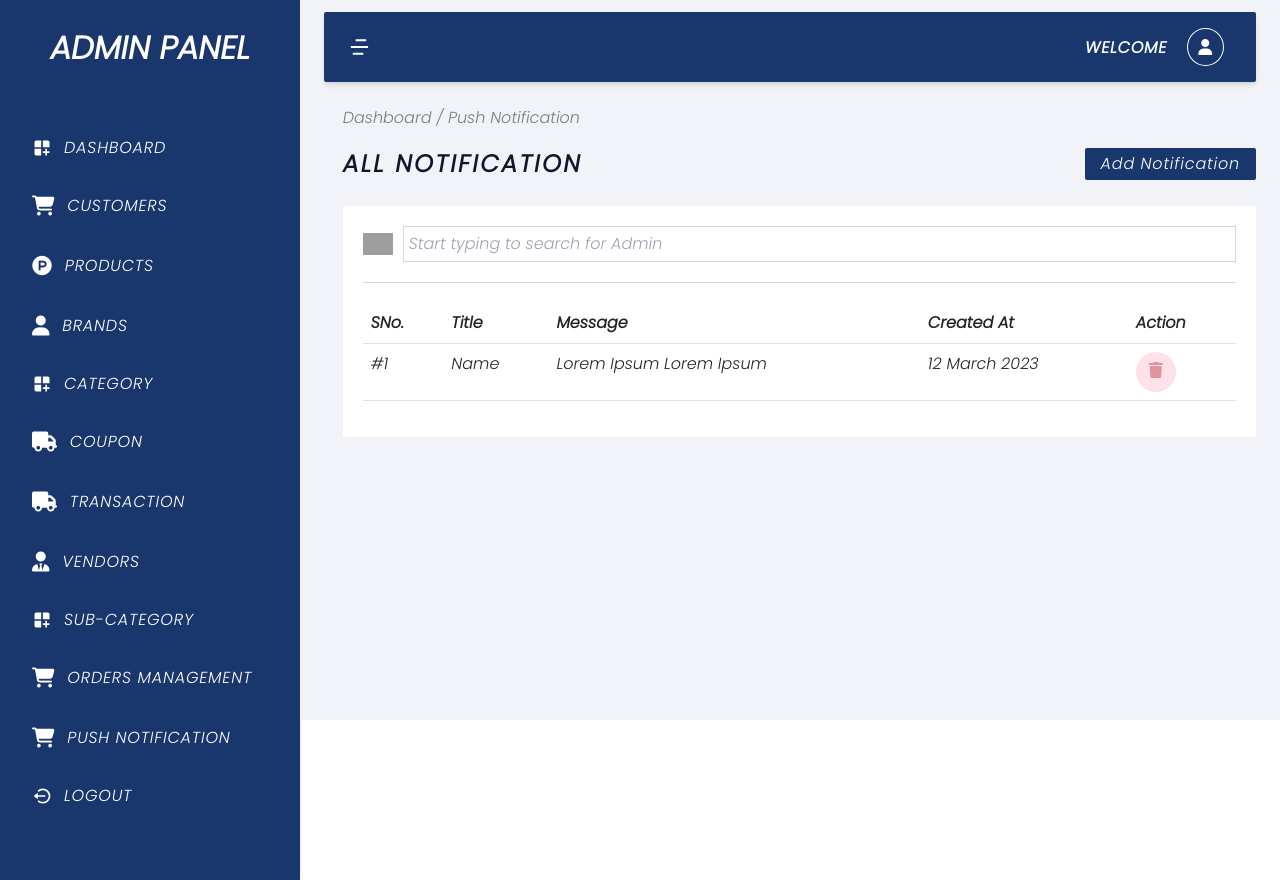
Repository: FlyweisReact/AnilAdminPanel
Page: /notification
An editor plug-in stored every save of this project. The page is shown before and after a run of saves, followed by the edit.
The browser window is 1280 px wide. The pictures show the whole page.
Pictures or frames that could not be fetched are drawn as grey boxes. Some web libraries are served in a nearby version. The project was rebuilt for these pictures with package versions that can differ from the ones it lists, and the page was loaded fresh each time. Also part of the build but not shown: src/E-CommerceAdmin/forms/Login.jsx, src/E-CommerceAdmin/pages/Dashboard.jsx, src/E-CommerceAdmin/pages/ECategory.js, src/E-CommerceAdmin/pages/EProduct.js, src/E-CommerceVendor/forms/EVendorLogin.jsx, src/E-CommerceAdmin/pages/EVendorList.js, src/E-CommerceAdmin/pages/EAdminOrders.js, src/E-CommerceAdmin/pages/EAdminProduct.js and 6 more. Imported but missing from the stored project, and not drawn on this page: src/E-CommerceVendor/pages/EVCategory, src/E-CommerceVendor/pages/EVDashboard, src/E-CommerceVendor/pages/EVOrders, src/E-CommerceVendor/pages/EVProduct, src/E-CommerceVendor/pages/EVSubCategory.

Above is the page before, as saved 2023-05-03 16:28:36.

### public/index.html
<!-- @format -->

<!DOCTYPE html>
<html lang="en">
  <head>
    <meta charset="utf-8" />
    <meta name="viewport" content="width=device-width, initial-scale=1" />
    <meta name="theme-color" content="#000000" />
    <meta
      name="description"
      content="Web site created using create-react-app"
    />
    <link rel="apple-touch-icon" href="%PUBLIC_URL%/favicon.ico?v=2" />
    <link rel="manifest" href="%PUBLIC_URL%/manifest.json" />
    <link rel="preconnect" href="https://fonts.googleapis.com">
<link rel="preconnect" href="https://fonts.gstatic.com" crossorigin>
<link href="https://fonts.googleapis.com/css2?family=Roboto+Mono:ital,wght@1,300&display=swap" rel="stylesheet">
    <title>Anil Admin Panel</title>
  </head>
  <body>
    <noscript>You need to enable JavaScript to run this app.</noscript>
    <div id="root"></div>
    <script src="https://code.jquery.com/jquery-3.6.0.min.js"></script>
    <script src="https://kit.fontawesome.com/b533b351e4.js" crossorigin="anonymous"></script>
  </body>
</html>

### src/index.js
import React from "react";
import ReactDOM from "react-dom/client";
import "./index.css";
import App from "./App";
import { BrowserRouter } from "react-router-dom";
import 'bootstrap/dist/css/bootstrap.min.css'

const root = ReactDOM.createRoot(document.getElementById("root"));
root.render(
  <React.StrictMode>
    <BrowserRouter>
      <App />
    </BrowserRouter>
  </React.StrictMode>
);

### src/index.css
/** @format */

@tailwind base;
@tailwind components;
@tailwind utilities;
@import url("https://fonts.googleapis.com/css2?family=Roboto+Mono:ital,wght@1,300&display=swap");
@font-face {
  font-family: Roboto;
  src: url("./Fonts/Poppins-LightItalic.ttf");
}
body {
  margin: 0;
  font-family: Roboto !important;
  -webkit-font-smoothing: antialiased;
  -moz-osx-font-smoothing: grayscale;
}

code {
  font-family: Roboto !important;
}

html {
  font-family: Roboto !important;
}

::-webkit-scrollbar {
  width: 10px;
}
.fa-trash {
  color: red;
  cursor: pointer;
}

.iCOn {
  transition: 0.5s;
  box-shadow: none;
  transform: scale(1);
}
.cardDiv {
  cursor: pointer;
}

.cardDiv:hover .iCOn {
  box-shadow: rgba(0, 0, 0, 0.35) 0px 5px 15px;
  transform: scale(1.3);
}

/* Track */
::-webkit-scrollbar-track {
  background: #f1f1f1;
}

/* Handle */
::-webkit-scrollbar-thumb {
  background: #888;
}

/* Handle on hover */
::-webkit-scrollbar-thumb:hover {
  background: #555;
}
.profileImage {
  width: 100px;
}
.fa-eye {
  color: #029aff;
  cursor: pointer;
}
.fa-edit {
  cursor: pointer;
  color: blue;
}

.View {
  border: 1px solid black;
  width: 100%;
  padding: 10px;
}

.main-card--container {
  display: grid;
  grid-template-columns: repeat(3, minmax(300px, 500px));
  grid-gap: 50px;
  justify-content: space-around;
}
.card-container {
  margin: 25px 0 auto;
  box-shadow: rgba(0, 0, 0, 0.35) 0px 5px 15px;
  position: relative;
  display: grid;
  grid-template-columns: 1fr;
  justify-content: space-around;
  align-items: flex-start;
}

.myEdit:focus {
  box-shadow: rgba(0, 0, 0, 0.35) 0px 5px 15px;
}

.AstroLogin {
  color: #fff;
  background-color: #2b7a8e;
  padding: 10px;
  width: 380px;
  text-align: center;
  font-size: 20px;
  background: linear-gradient(to left, #2b7a8e 50%, #fff 50%) right;
  background-size: 200%;
  transition: 0.5s ease-out;
  border: 1px solid #2b7a8e;
  margin-top: 10px;
  text-transform: uppercase;
}
.AstroLogin:hover {
  background-position: left;
  color: #2b7a8e;
}

.EcommerceAdminLogin {
  color: #fff;
  background-color: #19376d;
  padding: 10px;
  width: 380px;
  text-align: center;
  font-size: 20px;
  background: linear-gradient(to left, #19376d 50%, #fff 50%) right;
  background-size: 200%;
  transition: 0.5s ease-out;
  border: 1px solid #19376d;
  margin-top: 10px;
  text-transform: uppercase;
}

.EcommerceAdminLogin:hover {
  background-position: left;
  color: #19376d;
}
.EcommerceVendorLogin {
  color: #fff;
  background-color: #576cbc;
  padding: 10px;
  width: 380px;
  text-align: center;
  font-size: 20px;
  background: linear-gradient(to left, #576cbc 50%, #fff 50%) right;
  background-size: 200%;
  transition: 0.5s ease-out;
  border: 1px solid #576cbc;
  margin-top: 10px;
  text-transform: uppercase;
}

.EcommerceVendorLogin:hover {
  background-position: left;
  color: #576cbc;
}

.view {
  background-color: #2196f3;
  color: #fff;
  width: 50%;
  padding: 5px;
}

.two-sec {
  display: flex;
  justify-content: space-evenly;
  justify-content: space-evenly;
}
.two-sec .left {
  width: 60%;
  background-color: #f6f1ef;
  padding: 20px;
}
.two-sec .left .head {
  font-size: 25px;
  font-weight: bold;
}

.two-sec .right {
  width: 30%;
  background-color: #f6f1ef;
}

.searchDiv {
  width: 100%;
  display: flex;
  gap: 10px;
  border: 1px solid rgb(179, 179, 179);
  padding: 10px;
  margin-bottom: 20px;
  align-items: center;
}
.searchDiv input {
  width: 94%;
  outline: none;
  border: none;
}

.flexCont {
  display: flex;
  align-items: center;
  gap: 10px;
}
.flexCont img {
  width: 60px;
  background-color: #e9ecef;
}

.blockContent {
  display: block;
}
.blockContent p {
  margin: 0;
}

.checkBox {
  width: 50px;
  height: 25px;
  background-color: #e9ecef;
  border-radius: 50px;
  position: relative;
  cursor: pointer;
}
.checkBox span {
  width: 20px;
  height: 20px;
  border-radius: 100%;
  background-color: #fff;
  position: absolute;
  left: 5px;
  top: 2px;
}
.ActivecheckBox {
  width: 50px;
  height: 25px;
  background-color: #0d6efd;
  border-radius: 50px;
  position: relative;
  cursor: pointer;
}
.ActivecheckBox span {
  width: 20px;
  height: 20px;
  border-radius: 100%;
  background-color: #fff;
  position: absolute;
  right: 5px;
  top: 2px;
}

.fa-eye {
  color: #0cba73;
  background-color: #d6f8e8;
  width: 40px;
  text-align: center;
  height: 40px;
  display: flex;
  border-radius: 100%;
  justify-content: center;
  padding-top: 10px;
  transition: 0.5s;
}

.fa-pen-to-square {
  color: #f4c39c;
  background-color: #ffebdb;
  width: 40px;
  text-align: center;
  height: 40px;
  display: flex;
  border-radius: 100%;
  justify-content: center;
  padding-top: 10px;
  cursor: pointer;
  transition: 0.5s;
}
.fa-trash {
  color: #df939f;
  background-color: #ffe1e8;
  width: 40px;
  text-align: center;
  height: 40px;
  display: flex;
  border-radius: 100%;
  justify-content: center;
  padding-top: 10px;
  cursor: pointer;
  transition: 0.5s;
}
.fa-trash:hover {
  transform: scale(1.2);
}
.fa-eye:hover {
  transform: scale(1.2);
}
.fa-pen-to-square:hover {
  transform: scale(1.2);
}
.required {
  color: #e74260;
}

.headP {
  margin-left: 2%;
  color: #7b7c7d;
}
.filterBox {
  display: flex;
  align-items: center;
  gap: 10px;
  border-bottom: 1px solid #d4d7dc;
  padding-bottom: 20px;
  margin-bottom: 20px;
}
.filterBox img {
  width: 30px;
}
.filterBox input {
  width: 100%;
  border: 1px solid #d4d7dc;
  outline: none;
  padding: 5px;
  color: black;
}
.sectionCont {
  width: 98%;
  background-color: #fff;
  margin-left: 2%;
  padding: 20px;
}

.overFlowCont {
  width: 100%;
  overflow-x: auto;
}

.UserProfile {
  border: 1px solid #fff;
  padding: 10px;
  border-radius: 100%;
  transition: 0.5s;
  margin-left: 20px;
  cursor: pointer;
}

.UserProfile:hover {
  background-color: #fff;
  color: #000;
}

.submitBtn{
  border-radius: 0 !important;
  background-color: #19376d !important  ;

}

.pagination{
display: flex;
justify-content: center;
align-items: center;
gap: 10px;
margin-bottom: 20px;
}
.pagination button{
  border: 1px solid black;
  /* height: 50px;
  width: 50px; */
  padding: 10px;
}

.active{
  background-color: #029aff;
  color: #fff;
  border: 1px solid #029aff  !important;
}

### src/App.js
/** @format */

import { Routes, Route } from "react-router-dom";
import { ToastContainer } from "react-toastify";
import "react-toastify/dist/ReactToastify.css";
import Login from "./E-CommerceAdmin/forms/Login";
import Dashboard from "./E-CommerceAdmin/pages/Dashboard";
import ECategory from "./E-CommerceAdmin/pages/ECategory";
import EProduct from "./E-CommerceAdmin/pages/EProduct";
import EVendorLogin from "./E-CommerceVendor/forms/EVendorLogin";
import EVDashboard from "./E-CommerceVendor/pages/EVDashboard";
import EVCategory from "./E-CommerceVendor/pages/EVCategory";
import EVProduct from "./E-CommerceVendor/pages/EVProduct";
import EVendorList from "./E-CommerceAdmin/pages/EVendorList";
import EAdminOrders from "./E-CommerceAdmin/pages/EAdminOrders";
import EAdminProduct from "./E-CommerceAdmin/pages/EAdminProduct";
import EAdminDelivery from "./E-CommerceAdmin/pages/EAdminDelivery";
import EAdminCustomer from "./E-CommerceAdmin/pages/EAdminCustomer";
import EAdmin from "./E-CommerceAdmin/pages/EAdmin";
import ESubCategory from "./E-CommerceAdmin/pages/ESubCategory";
import ESingleProduct from "./E-CommerceAdmin/pages/ESingleProduct";
import EVSubCategory from "./E-CommerceVendor/pages/EVSubCategory";
import EVOrders from "./E-CommerceVendor/pages/EVOrders";
import PushNotification from './E-CommerceAdmin/pages/PushNotification'
import Transaction from "./E-CommerceAdmin/pages/Transaction";

function App() {
  return (
    <>
      <ToastContainer />

      <Routes>
          <Route path="/" element={<Login />} />
          <Route path="/notification" element={<PushNotification />} />
        <Route path="/E-Commerce/Product" element={<EProduct />} />
          <Route path="/Customer" element={<EAdminCustomer />} />
        <Route path="/E-Commerce/Category" element={<ECategory />} />
          <Route path="/E-Commerce/Admin" element={<EAdmin />} />
          <Route path="/E-Commerce/Admin/Delivery" element={<EAdminDelivery />} />

        <Route path="/E-Commerce/dashboard" element={<Dashboard />} />
        <Route path="/E-Commerce/VendorList" element={<EVendorList />} />

      <Route path="/transation" element={<Transaction />} />


        <Route path="/E-commerce/Admin/Orders" element={<EAdminOrders />} />
        <Route
          path="/E-Commerce/Admin/Product/:id"
          element={<EAdminProduct />}
        />
        <Route path="/E-Commerce/Admin/subCat" element={<ESubCategory />} />
        <Route
          path="/E-Commerce/Admin/Sproduct/:id"
          element={<ESingleProduct />}
        />
        <Route path="/E-Commerce/vendor/login" element={<EVendorLogin />} />
        <Route path="/E-Commerce/vendor/dashboard" element={<EVDashboard />} />
        <Route path="/E-Commerce/vendor/category" element={<EVCategory />} />
        <Route path="/E-Commerce/vendor/product" element={<EVProduct />} />
        <Route
          path="/E-Commerce/vendor/subCategory"
          element={<EVSubCategory />}
        />
        <Route path="/E-Commerce/vendor/order" element={<EVOrders />} />
      </Routes>
    </>
  );
}

export default App;

### src/E-CommerceAdmin/layout/HOC.jsx
/** @format */

import React, { useState } from "react";
import Navbar from "./Navbar";
import Sidebar from "./Sidebar";

const HOC = (Wcomponenet) => {
  return function Component() {
    const [hamb, setHamb] = useState(false);
    return (
      <>
        <section className="flex overflow-x-hidden relative ">
          {/* Sidebar */}
          <div
            className={
              hamb
                ? " absolute top-0 z-30 md:w-auto shadow-md bg-slate-200  w-60 transition-all md:-left-full left duration-150  h-auto overflow-y-auto  left-0 "
                : " md:w-72 z-30 bg-slate-200  shadow-md  md:static absolute top-0 -left-full   transition-all duration-150  overflow-y-auto h-auto"
            }
            style={{ minWidth: "300px" }}
          >
            <Sidebar hamb={hamb} setHamb={setHamb} />
          </div>
          {/* Components & Navbar */}
          <div
            className={
              hamb
                ? " transition-all px-4 py-2  duration-150 w-full h-screen"
                : " w-full h-screen  px-4 py-2   z-50 transition-all duration-150 "
            }
            style={{backgroundColor : '#f2f3f8'}}
          >
            <Navbar hamb={hamb} setHamb={setHamb} />
            <div className="my-6 text-#000 h-[87%] wcomp overflow-y-auto">
              {" "}
              <Wcomponenet />
            </div>
          </div>
        </section>
      </>
    );
  };
};

export default HOC;

### src/E-CommerceAdmin/layout/Navbar.jsx
/** @format */

import { useState } from "react";
import { RiMenu4Line } from "react-icons/ri";
import { ProfileUpdate } from "../Modals/Modals";

const Navbar = ({ hamb, setHamb }) => {
  const [openProfile, setOpenProfile] = useState(false);

  return (
    <>
      <ProfileUpdate show={openProfile} onHide={() => setOpenProfile(false)} />

      <div
        className={
          hamb
            ? "flex  w-full justify-between  my-1 rounded-sm  p-4 py-3 shadow-md items-center  bg-slate-200 space-x-4"
            : "flex  w-full justify-between my-1 rounded-sm  p-4 py-3 shadow-md items-center  bg-slate-200 space-x-4"
        }
        style={{ backgroundColor: "#19376d" }}
      >
        <RiMenu4Line
          onClick={() => setHamb(!hamb)}
          className="text-2xl font-bold text-gray-900 hover:scale-90 cursor-pointer"
          style={{ color: "#fff" }}
        />

        <section className="flex sm:ml-auto justify-end sm:w-full items-center space-x-2  pr-2">
          <figcaption className="tracking-wider pl-1 font-semibold">
            <div
              className="lg:text-base text-sm text-gray-900  uppercase"
              style={{ color: "#fff" }}
            >
              Welcome
              <i
                className="fa-solid fa-user UserProfile"
                onClick={() => setOpenProfile(!openProfile)}
              ></i>
            </div>
          </figcaption>
        </section>
      </div>
    </>
  );
};

export default Navbar;

### src/E-CommerceAdmin/layout/Sidebar.jsx
/** @format */

import React from "react";
import { RiCloseLine } from "react-icons/ri";
import { Link, useNavigate } from "react-router-dom";
import { BiLogOutCircle } from "react-icons/bi";
import { MdDashboardCustomize } from "react-icons/md";

const Sidebar = ({ hamb, setHamb }) => {
  const navigate = useNavigate();

  const nav = [
    {
      icon: <MdDashboardCustomize className="text-xl mr-3 rounded-full " />,
      link: "/E-Commerce/dashboard",
      name: "Dashboard",
    },

    {
      icon: (
        <i className="fa-solid fa-cart-shopping text-xl mr-3 rounded-full"></i>
      ),
      link: "/Customer",
      name: "Customers",
    },

    {
      icon: (
        <i className="fa-brands fa-product-hunt text-xl mr-3 rounded-full"></i>
      ),
      link: "/E-Commerce/Product",
      name: "Products",
    },

    {
      icon: <i class="fa-solid fa-user text-xl mr-3 rounded-full"></i>,
      link: "/E-Commerce/Admin",
      name: "Brands",
    },
    {
      icon: <MdDashboardCustomize className="text-xl mr-3 rounded-full " />,
      link: "/E-Commerce/Category",
      name: "Category",
    },
    {
      icon: <i class="fa-solid fa-truck  text-xl mr-3 rounded-full"></i>,
      link: "/E-Commerce/Admin/Delivery",
      name: "Coupon",
    },
    {
      icon: <i class="fa-solid fa-truck  text-xl mr-3 rounded-full"></i>,
      link: "transation",
      name: "Transaction",
    },

    {
      icon: <i class="fa-solid fa-user-tie text-xl mr-3 rounded-full"></i>,
      link: "/E-Commerce/VendorList",
      name: "Vendors",
    },




    {
      icon: <MdDashboardCustomize className="text-xl mr-3 rounded-full " />,
      link: "/E-Commerce/Admin/subCat",
      name: "Sub-Category",
    },

    {
      icon: (
        <i className="fa-solid fa-cart-shopping text-xl mr-3 rounded-full"></i>
      ),
      link: "/E-commerce/Admin/Orders",
      name: "Orders Management",
    },

    {
      icon: (
        <i className="fa-solid fa-cart-shopping text-xl mr-3 rounded-full"></i>
      ),
      link: "/notification",
      name: "Push Notification",
    },
  ];

  const logOut = () => {
    navigate("/");
  };

  return (
    <>
      <aside
        className="p-4 h-auto"
        style={{ backgroundColor: "#19376d", minHeight: "100vh" }}
      >
        {/* Top */}
        <div className="w-full md:hidden relative  p-2 mb-4">
          <RiCloseLine
            onClick={() => setHamb(!hamb)}
            className="text-3xl  absolute top-2 sm:hover:rotate-[228deg] transition-transform font-bold right-2 sm:hover:text-[22px] text-[rgb(241,146,46)] cursor-pointer"
          />
        </div>{" "}
        <figure className="flex  flex-col items-center">
          <span
            className="font-bold text-[#fff]"
            style={{
              fontSize: "2rem",
              textAlign: "center",
              textTransform: "uppercase",
            }}
          >
             ADMIN PANEL
          </span>
        </figure>
        <nav className="py-6">
          {nav.map((nav) => {
            return (
              <Link
                to={nav.link}
                key={nav.name}
                className=""
                style={{ textDecoration: "none", textTransform: "uppercase" }}
              >
                <span
                  className="flex my-3 items-center cursor-pointer text-gray-900    tracking-wider p-2 rounded-sm"
                  style={{ color: "#FFF" }}
                >
                  {nav.icon} {nav.name}
                </span>
              </Link>
            );
          })}
          <span
            className="flex my-3 items-center cursor-pointer text-gray-900    tracking-wider p-2 rounded-sm"
            onClick={() => logOut()}
            style={{ color: "#FFF", textTransform: "uppercase" }}
          >
            <BiLogOutCircle className="text-xl mr-3 rounded-full " /> LogOut
          </span>
        </nav>
      </aside>
    </>
  );
};

export default Sidebar;

### src/E-CommerceAdmin/Modals/Modals.js
/** @format */

import { Button, Form, Modal } from "react-bootstrap";

export function ProfileUpdate(props) {
  return (
    <Modal
      {...props}
      size="lg"
      aria-labelledby="contained-modal-title-vcenter"
      centered
    >
      <Modal.Header closeButton>
        <Modal.Title id="contained-modal-title-vcenter">
          Update Profile
        </Modal.Title>
      </Modal.Header>
      <Modal.Body>
        <Form>
          <Form.Group className="mb-3">
            <Form.Label>Name</Form.Label>
            <Form.Control type="text" />
          </Form.Group>
          <Form.Group className="mb-3">
            <Form.Label>Email</Form.Label>
            <Form.Control type="email" />
          </Form.Group>
          <Form.Group className="mb-3">
            <Form.Label>Phone Number</Form.Label>
            <Form.Control type="tel" pattern="[0-9]{10}" />
          </Form.Group>
          <Form.Group className="mb-3">
            <Form.Label>Password</Form.Label>
            <Form.Control type="password" />
          </Form.Group>
          <Button className="submitBtn" >Submit</Button>
        </Form>
      </Modal.Body>
      <Modal.Footer></Modal.Footer>
    </Modal>
  );
}

Loaded but not shown: tailwind.config.js (common file); src/E-CommerceAdmin/pages/PushNotification.js (123 lines, source omitted)

After the next 2 saves:
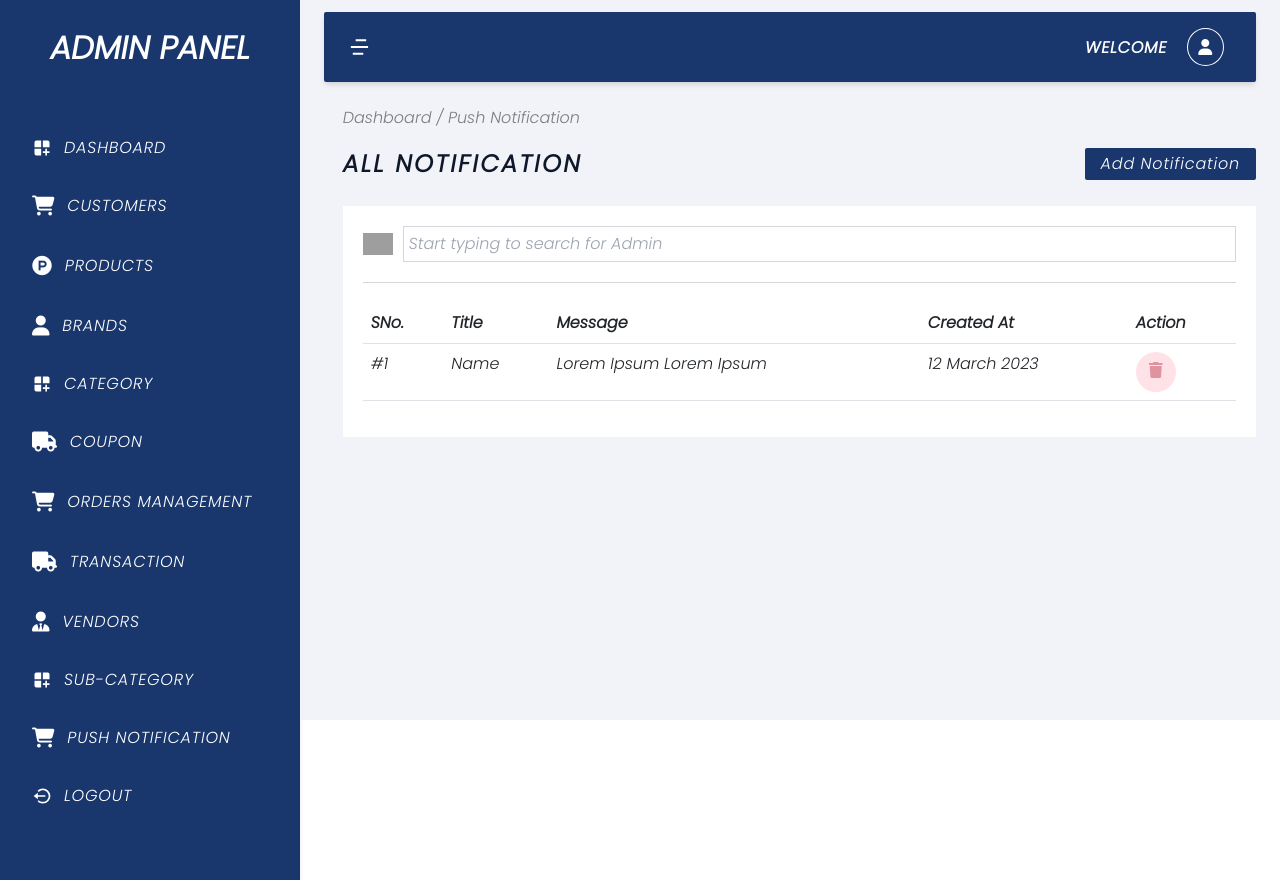
The 2 saves are shown as one change because they came seconds apart.
The last was saved 6 s later.
--- a/src/E-CommerceAdmin/layout/Sidebar.jsx
+++ b/src/E-CommerceAdmin/layout/Sidebar.jsx
@@ -47,6 +47,14 @@ const Sidebar = ({ hamb, setHamb }) => {
       link: "/E-Commerce/Admin/Delivery",
       name: "Coupon",
     },
+
+    {
+      icon: (
+        <i className="fa-solid fa-cart-shopping text-xl mr-3 rounded-full"></i>
+      ),
+      link: "/E-commerce/Admin/Orders",
+      name: "Orders Management",
+    },
     {
       icon: <i class="fa-solid fa-truck  text-xl mr-3 rounded-full"></i>,
       link: "transation",
@@ -68,13 +76,6 @@ const Sidebar = ({ hamb, setHamb }) => {
       name: "Sub-Category",
     },
 
-    {
-      icon: (
-        <i className="fa-solid fa-cart-shopping text-xl mr-3 rounded-full"></i>
-      ),
-      link: "/E-commerce/Admin/Orders",
-      name: "Orders Management",
-    },
 
     {
       icon: (
